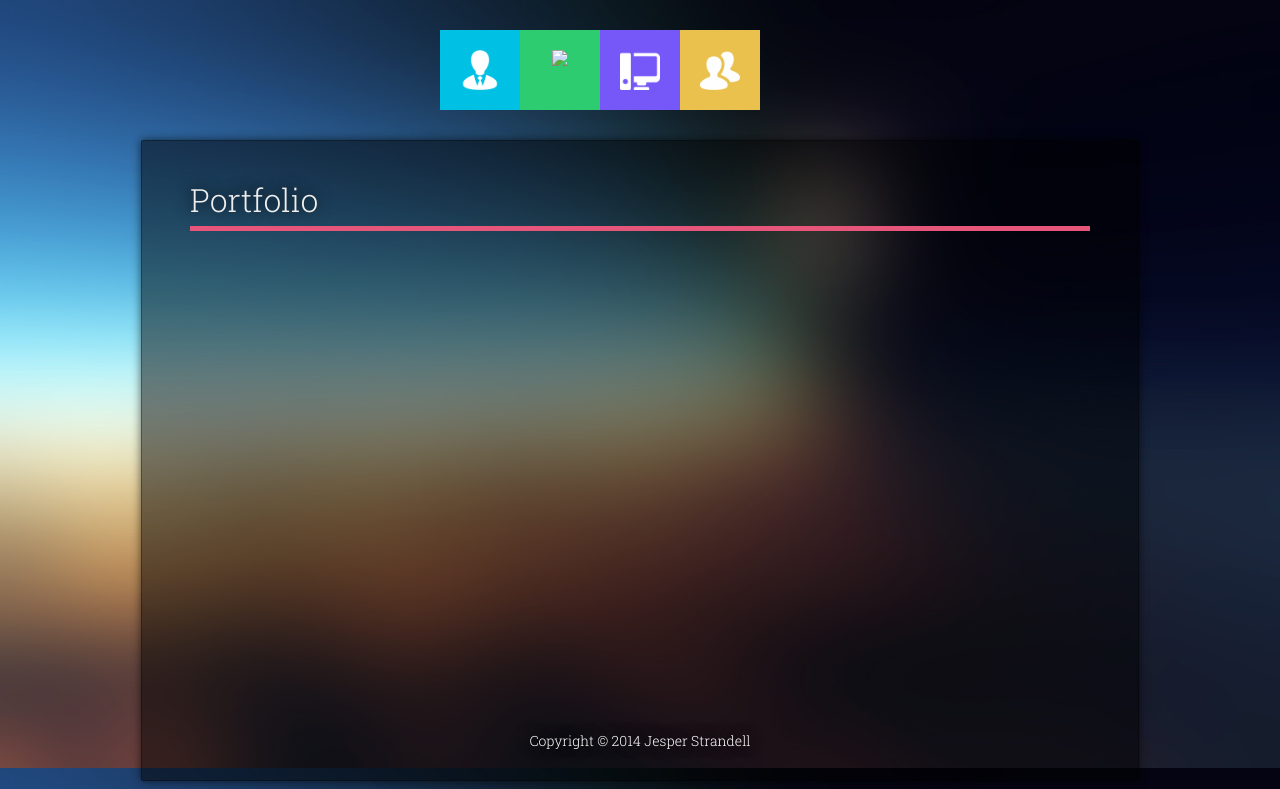
Repository: ja222vv/minipage
Page: pages/portfolio.html
The author's editor kept a record of every edit. The page is drawn from the files as they stood at one moment, then again after the next edit.
The browser window is 1280 px wide. The pictures show the whole page.
Backgrounds fixed to the window are drawn as part of the page.

Above is the page before.
Not found: pages/css/pics/wrench.png
Not found: pages/scripts/script.js

After the next edit:
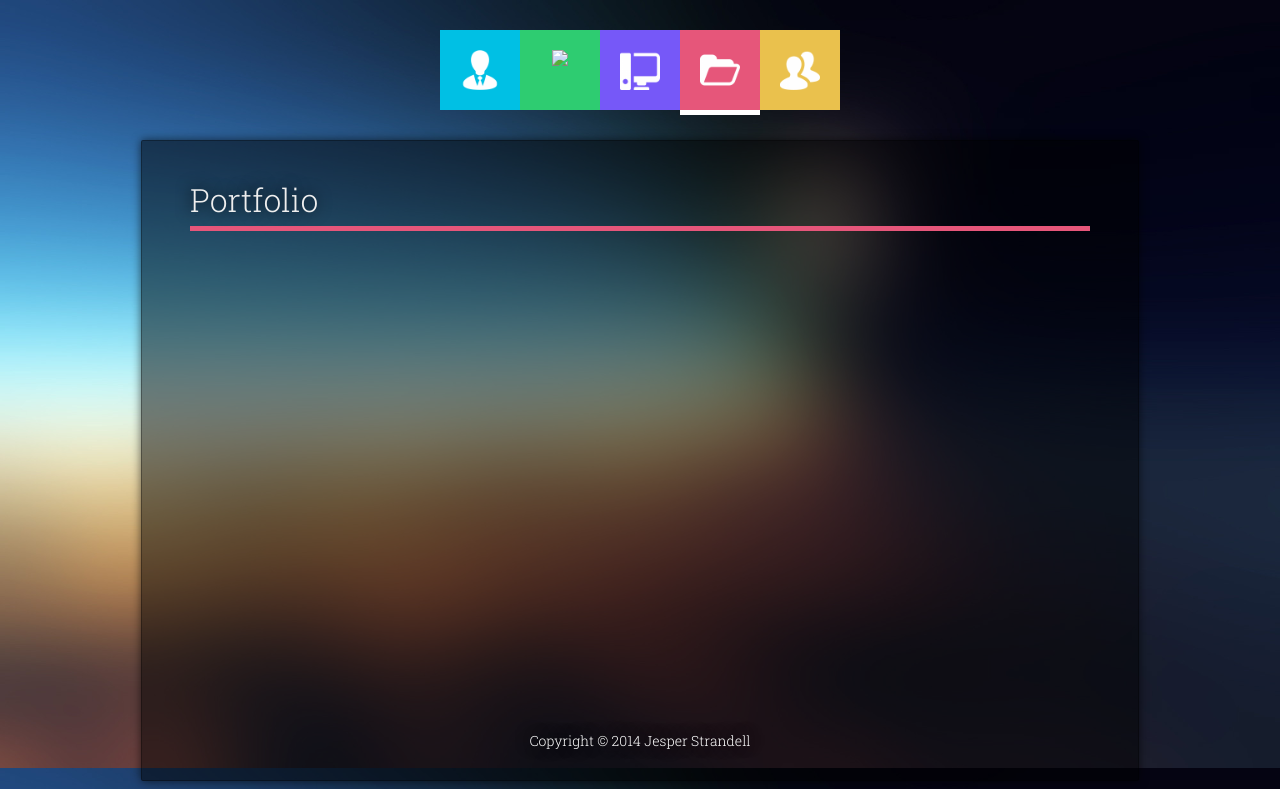
The edit:
--- a/pages/portfolio.html
+++ b/pages/portfolio.html
@@ -26,6 +26,12 @@
                 <span class="title"></span>
                 </a>
             </div>
+            <div class="tile red active shrink" id="portfolio">
+            	<a href="#">
+            	<img src="../css/pics/folder.png" class="icon" />
+            	<span class="title"></span>
+            	</a>
+            </div>
             <div class="tile yellow shrink" id="references">
                 <a href="references.html">
                 <img src="../css/pics/group.png" class="icon" />
